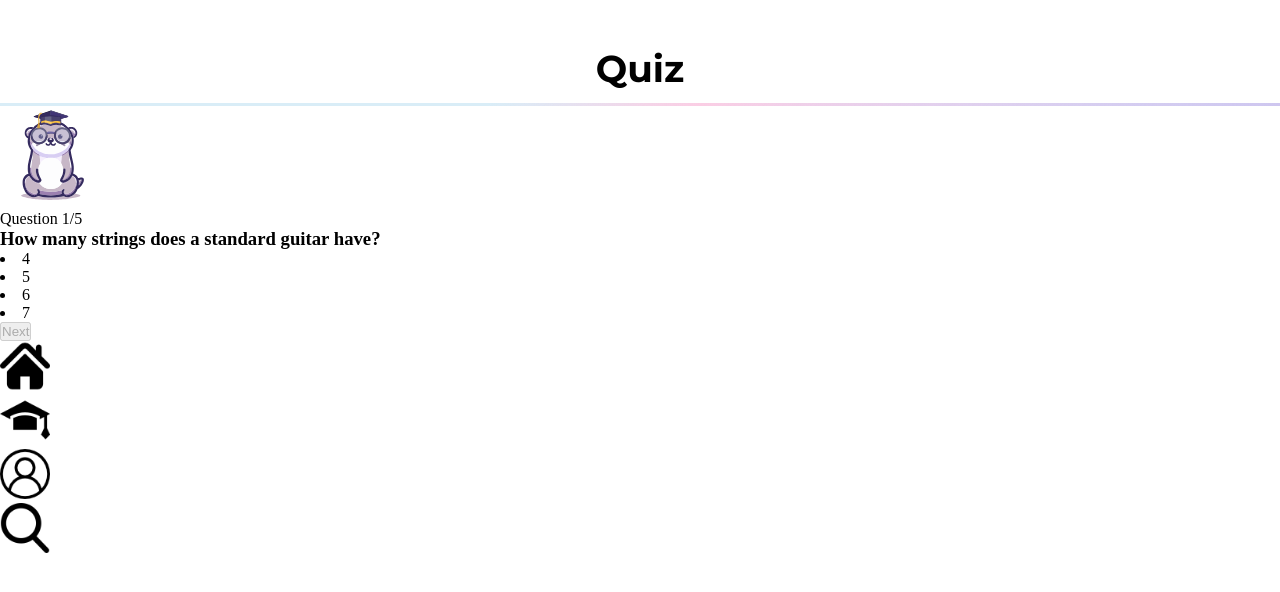
Repository: 1medi/pocketprof
Page: /quiz/page
The author's editor kept a copy of each file at every save. The page is drawn from the files as they stood at one save, then again after the next save.
The browser window is 1280 px wide. The pictures show the whole page.
The project was rebuilt for these pictures with package versions that can differ from the ones it lists, and the page was loaded fresh each time. The framework's server and built-in components were replaced by stand-ins that run in the browser. Also part of the build but not shown: next.config.mjs, Components/Buttons/Oscar/Oscar.module.css, Components/Buttons/Oscar/index.js.

Above is the page before, as saved 2024-04-14 06:39:29.

After the next save:
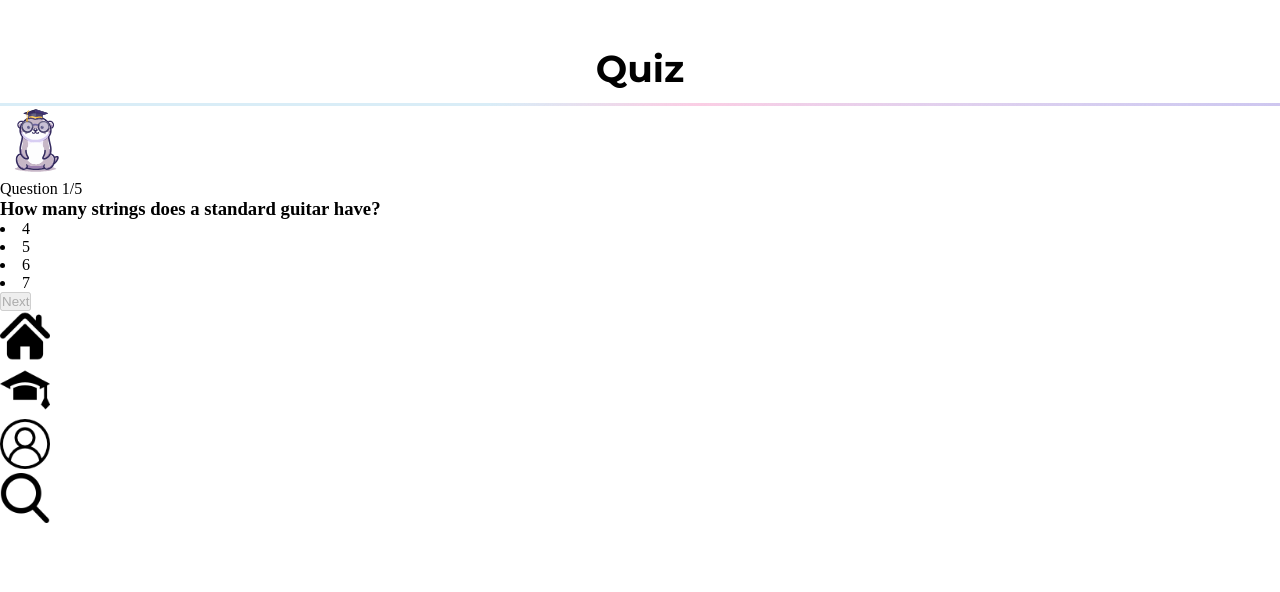
Saved 65 s later.
--- a/pages/quiz/page.jsx
+++ b/pages/quiz/page.jsx
@@ -83,8 +83,8 @@ export default function Page() {
     <Image
       priority
       src="/img/oscar/oscar-main.svg"
-      width="100"
-      height="100"
+      width="70"
+      height="70"
       alt="oscar"
       className={styles.oscar}
     />
